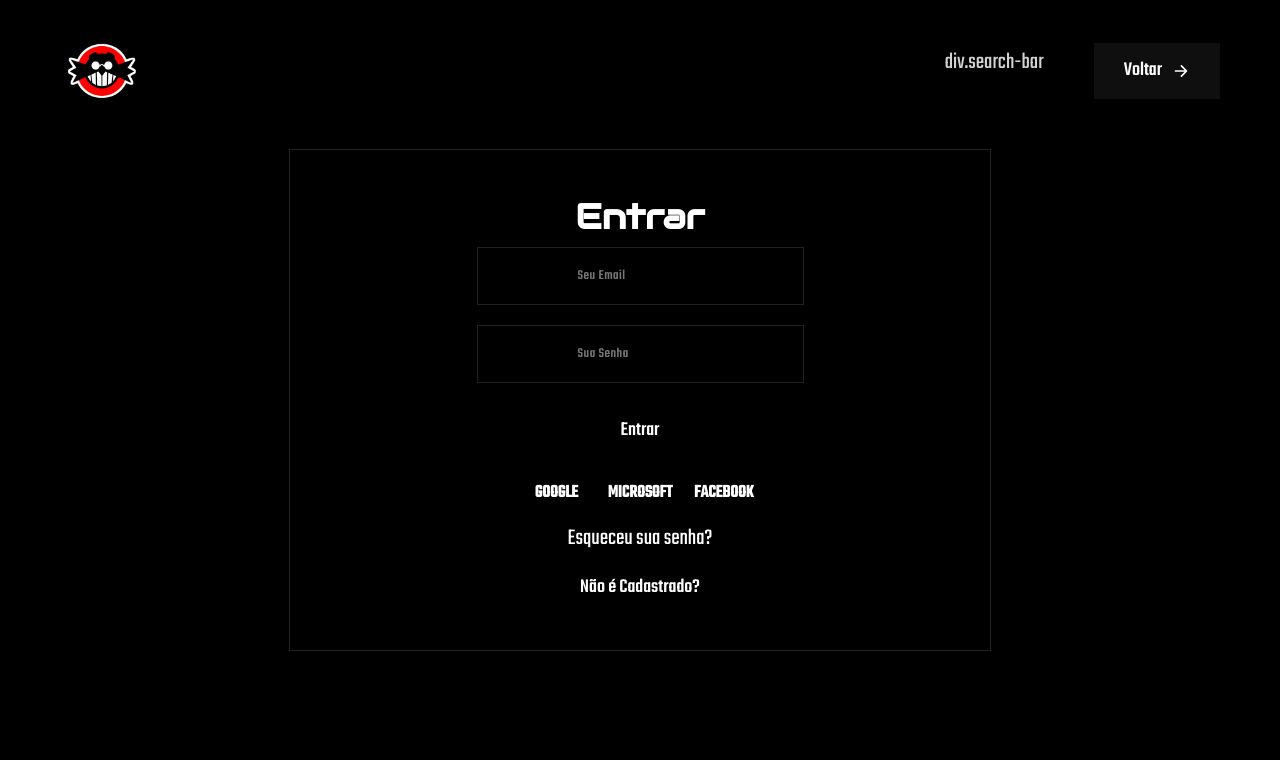
Repository: Cartoon-Network/Projeto-Semestral
Page: cadastro.html
The author's editor kept a copy of each file at every save. The page is drawn from the files as they stood at one save, then again after a run of saves.
The browser window is 1280 px wide. The pictures show the whole page.
Some icons come from a web library that is not loaded, so they are not drawn. Some web fonts or font styles are not loaded; a fallback is used.

Above is the page before, as saved 2023-11-20 16:12:08.
Console error: TypeError: Cannot read properties of null (reading 'addEventListener')

After the next 3 saves:
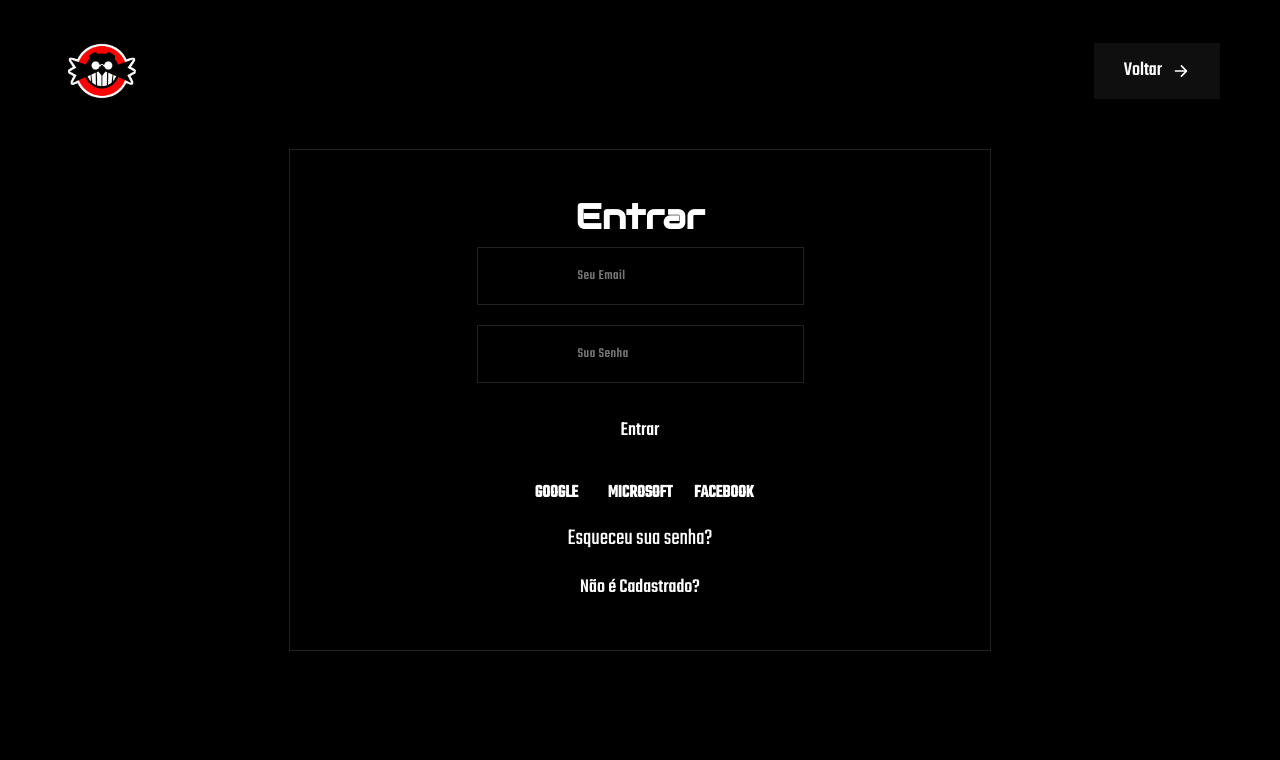
The 3 saves are shown as one change because they came seconds apart.
The last was saved 9 s later.
--- a/cadastro.html
+++ b/cadastro.html
@@ -53,7 +53,7 @@
 
         <ul class="navbar-list">
 
-          div.search-bar
+          <div class="search-"></div>
       <a href="index.html" class="btn btn:hover">
         <span class="span">Voltar</span>
         <ion-icon name="arrow-forward"
